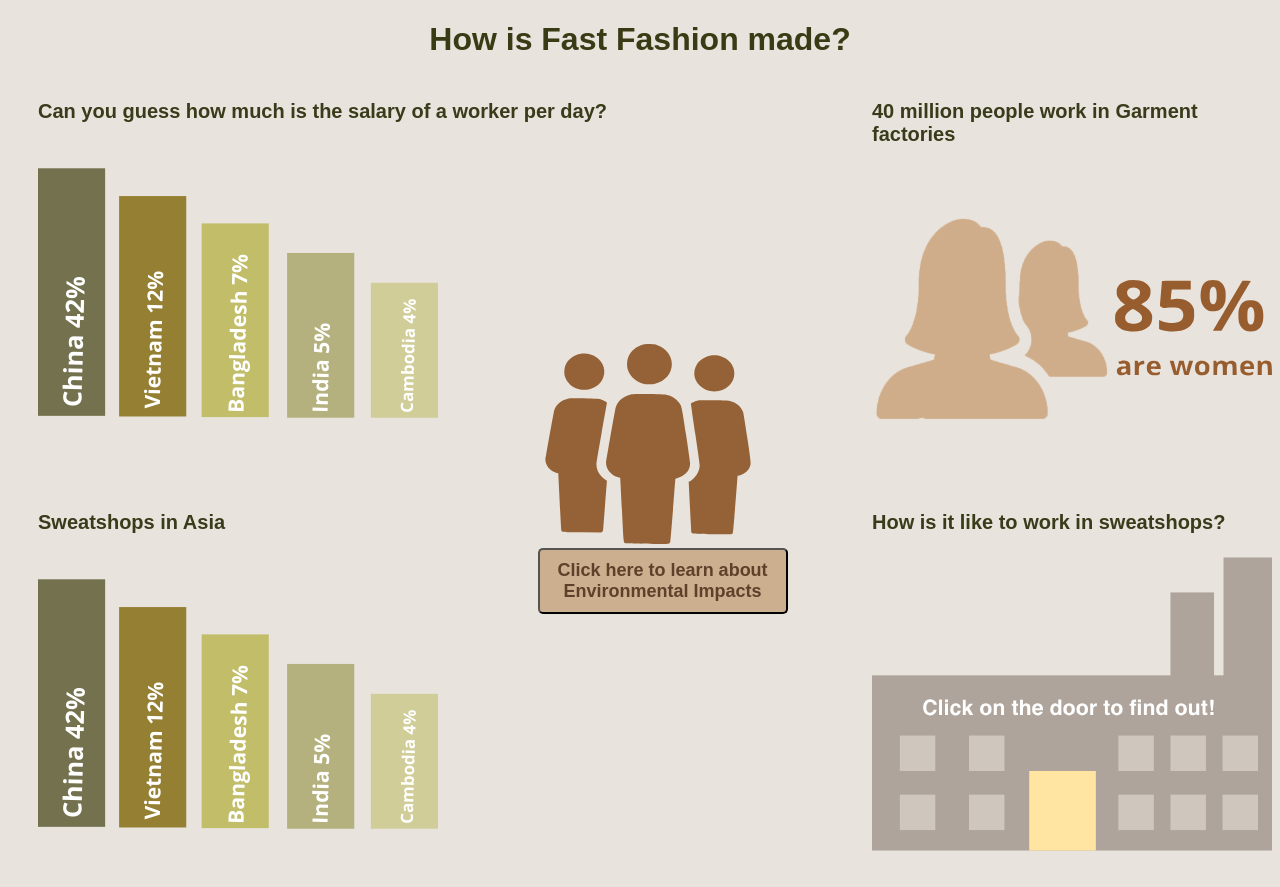
Repository: DevOfHockey/mdia-2190-midterm
Page: fashionlabor.html
The author's editor kept a copy of each file at every save. The page is drawn from the files as they stood at one save, then again after the next save.
The browser window is 1280 px wide. The pictures show the whole page.

Above is the page before, as saved 2022-03-06 22:23:26.

After the next save:
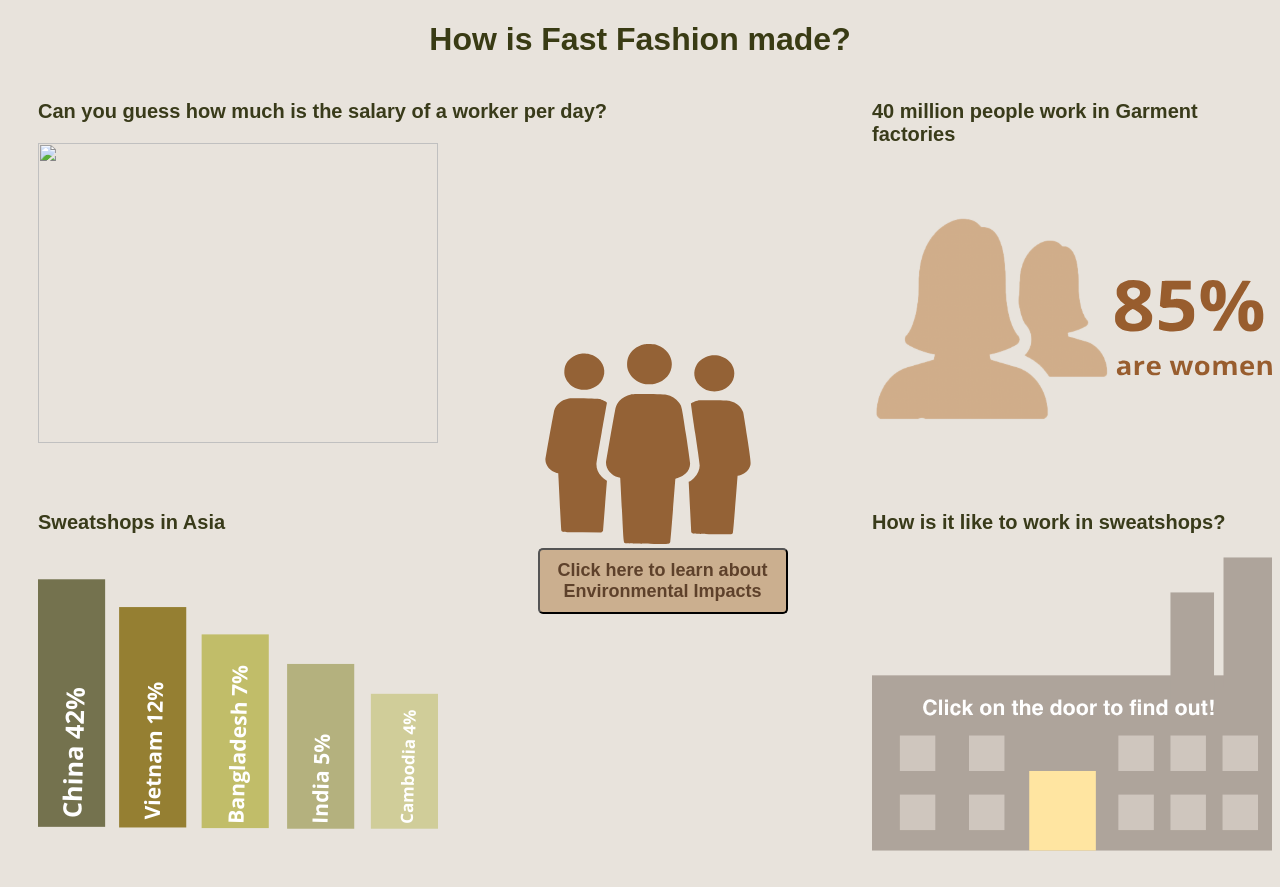
Saved 14 s later.
--- a/fashionlabor.html
+++ b/fashionlabor.html
@@ -23,7 +23,8 @@
     <div id="info">
       <div class="salary">
         <the-info
-          name="Can you guess how much is the salary of a worker per day?">
+          name="Can you guess how much is the salary of a worker per day?"
+          img="/imgs/2dollar.svg">
         </the-info>
       </div>
 
